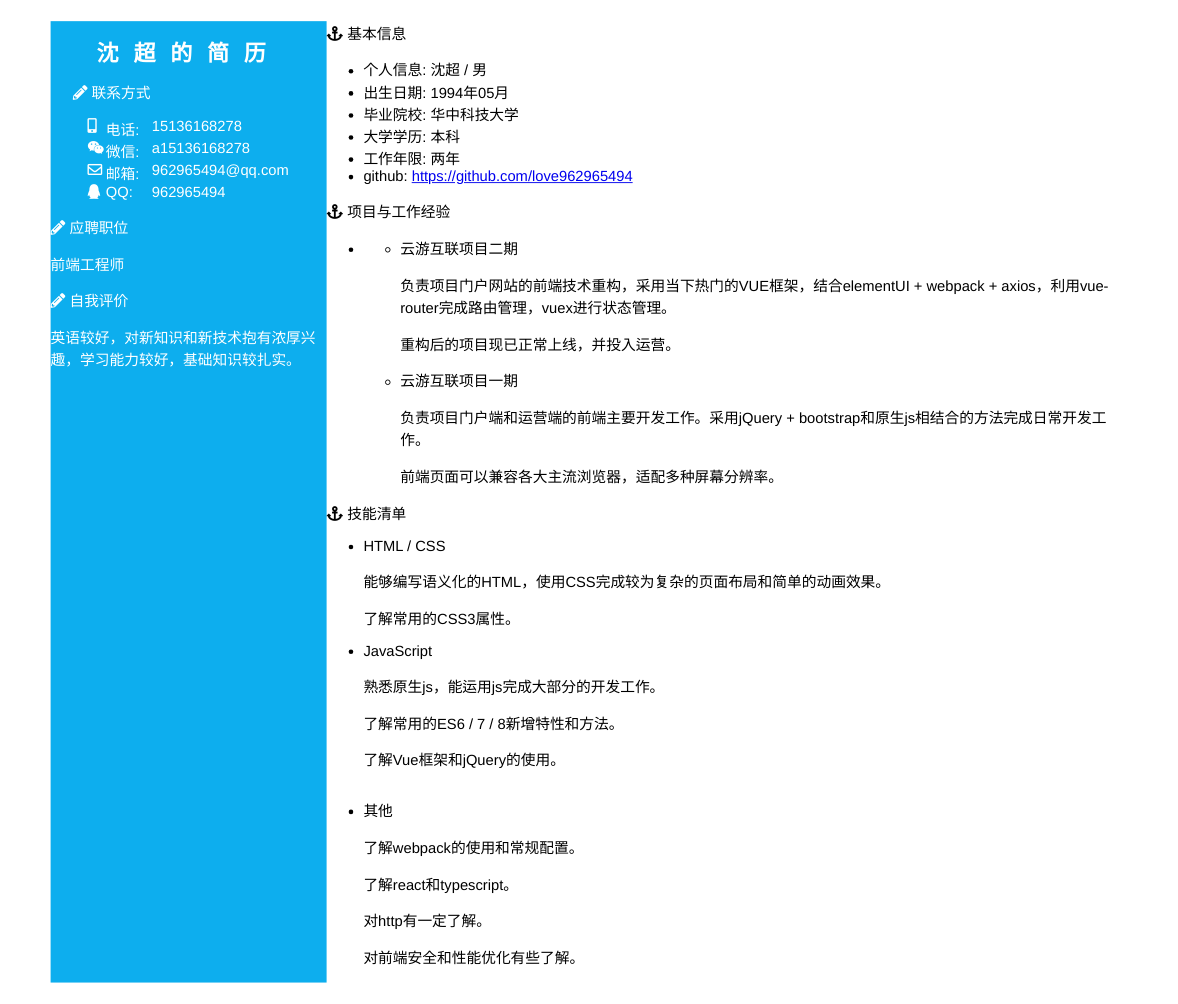
Repository: love962965494/my-resume
Page: index.html
The author's editor kept a copy of each file at every save. The page is drawn from the files as they stood at one save, then again after the next save.
The browser window is 1280 px wide. The pictures show the whole page, at 92% of full size.
Some web libraries are served in a nearby version. The style sheet was rebuilt from its Sass, Less or Tailwind sources for each picture, by a compiler version that may differ from the author's.

Above is the page before, as saved 2018-09-02 17:32:31.

### index.html
<!DOCTYPE html>
<html lang="en">

<head>
  <meta charset="UTF-8">
  <meta name="viewport" content="width=device-width, initial-scale=1.0">
  <meta http-equiv="X-UA-Compatible" content="ie=edge">
  <title>沈超的简历</title>
  <link rel="stylesheet" href="https://use.fontawesome.com/releases/v5.0.10/css/all.css" integrity="sha384-+d0P83n9kaQMCwj8F4RJB66tzIwOKmrdb46+porD/OvrJ+37WqIM7UoBtwHO6Nlg"
    crossorigin="anonymous">
  <link rel="stylesheet" href="./styles/myResume.css">
</head>

<body>
  <div id="container" class="container">
    <!-- 左边栏 -->
    <aside class="content__left">
      <!-- 头像区域 -->
      <div class="content__left--title">
        <h1>沈超的简历</h1>
      </div>

      <!-- 联系方式区域 -->
      <div class="content__left--contact">
        <div class="title">
          <i class="fas fa-pencil-alt"></i>
          <span>联系方式</span>
        </div>
        <ul class="list">
          <li>
            <span>
              <i class="fas fa-mobile-alt"></i>
            </span>
            <span>电话:</span>
            <span>15136168278</span>
          </li>
          <li>
            <span>
              <i class="fab fa-weixin"></i>
            </span>
            <span>微信:</span>
            <span>a15136168278</span>
          </li>
          <li>
            <span>
              <i class="far fa-envelope"></i>
            </span>
            <span>邮箱:</span>
            <span>962965494@qq.com</span>
          </li>
          <li>
            <span>
              <i class="fab fa-qq"></i>
            </span>
            <span>QQ:</span>
            <span>962965494</span>
          </li>
        </ul>
      </div>

      <!-- 应聘职位区域 -->
      <div class="content__left--application">
        <span class="title">
          <i class="fas fa-pencil-alt"></i>
          <span>应聘职位</span>
        </span>
        <p class="application-job">前端工程师</p>
      </div>

      <!-- 个人评价区域 -->
      <div class="content__left--evaluation">
        <span class="title">
          <i class="fas fa-pencil-alt"></i>
          <span>自我评价</span>
        </span>
        <p class="self-evaluate">英语较好，对新知识和新技术抱有浓厚兴趣，学习能力较好，基础知识较扎实。</p>
      </div>
    </aside>

    <!-- 右边栏 -->
    <div class="content__right">
      <!-- 基本信息 -->
      <div class="basic-info info">
        <div class="header">
          <i class="fas fa-anchor"></i>
          <span>基本信息</span>
        </div>
        <div class="content">
          <ul>
            <li>
              <span>个人信息:</span>
              <span>沈超&nbsp;/&nbsp;男</span>
            </li>
            <li>
              <span>出生日期:</span>
              <span>1994年05月</span>
            </li>
            <li>
              <span>毕业院校:</span>
              <span>华中科技大学</span>
            </li>
            <li>
              <span>大学学历:</span>
              <span>本科</span>
            </li>
            <li>
              <span>工作年限:</span>
              <span>两年</span>
            </li>
            <li>
              <span>github:</span>
              <span><a href="https://github.com/love962965494" target="_blank">https://github.com/love962965494</a></span>
            </li>
          </ul>
        </div>
      </div>

      <!-- 项目经验 -->
      <div class="experience-info info">
        <div class="header">
          <i class="fas fa-anchor"></i>
          <span>项目与工作经验</span>
        </div>
        <div class="content">
          <ul>
            <li>
              <div class="company-info"></div>
              <ul class="work-experience-list">
                <li>
                  <div class="work-name circle">云游互联项目二期</div>
                  <div class="work-info">
                    <p>负责项目门户网站的前端技术重构，采用当下热门的VUE框架，结合elementUI + webpack + axios，利用vue-router完成路由管理，vuex进行状态管理。</p>
                    <p>重构后的项目现已正常上线，并投入运营。</p>
                  </div>
                  <div class="work-picture"></div>
                </li>
                <li style="padding-top: 0">
                  <div class="work-name circle">云游互联项目一期</div>
                  <div class="work-info">
                    <p>负责项目门户端和运营端的前端主要开发工作。采用jQuery + bootstrap和原生js相结合的方法完成日常开发工作。</p>
                    <p>前端页面可以兼容各大主流浏览器，适配多种屏幕分辨率。</p>
                  </div>
                  <div class="work-picture"></div>
                </li>
              </ul>
            </li>
            </li>
          </ul>
        </div>
      </div>

      <!-- 技能清单 -->
      <div class="skill-info info">
        <div class="header">
          <i class="fas fa-anchor"></i>
          <span>技能清单</span>
        </div>
        <div class="content">
          <ul class="skill-list">
            <li>
              <div class="skill-name circle">HTML / CSS</div>
              <div class="skill-info">
                <p>能够编写语义化的HTML，使用CSS完成较为复杂的页面布局和简单的动画效果。</p>
                <p>了解常用的CSS3属性。</p>
              </div>
            </li>
            <li>
              <div class="skill-name circle">JavaScript</div>
              <div class="skill-info">
                <p>熟悉原生js，能运用js完成大部分的开发工作。</p>
                <p>了解常用的ES6 / 7 / 8新增特性和方法。</p>
                <p>了解Vue框架和jQuery的使用。</p>
              </div>
            </li>
            <li style="border-top: 15px solid transparent;">
              <div class="skill-name circle">其他</div>
              <div class="skill-info">
                <p>了解webpack的使用和常规配置。</p>
                <p>了解react和typescript。</p>
                <p>对http有一定了解。</p>
                <p>对前端安全和性能优化有些了解。</p>
              </div>
            </li>
          </ul>
        </div>
      </div>
    </div>
  </div>
</body>

</html>

### styles/myResume.scss
@mixin text-center {
  text-align: center;
}

@mixin row {
  grid-column: 1 / span 12;
}

@media (min-width: 992px) {
  .container {
    width: 970px;
  }
}

@media (min-width: 1200px) {
  .container {
    width: 1170px;
  }
}

.container {
  display: grid;
  grid-template-columns: minmax(200px, 300px) 1fr;
  padding: 15px;
  margin: auto;
  font-family: "Helvetica Neue",Helvetica,"PingFang SC","Hiragino Sans GB","Microsoft YaHei","微软雅黑",Arial,sans-serif;
}

.content__left {
  display: grid;
  grid-template-columns: repeat(12, 1fr);
  grid-template-rows: repeat(4, min-content);
  background-color: #0daeee;
  color: #fff;

  &--title {
    @include row;
    @include text-center;
    margin: 15px;

    & > h1 {
      margin: 0;
      white-space: nowrap;
      letter-spacing: 1rem;
    }
  }

  &--contact {
    @include row();

    & > .title {
      padding-left: 1.5rem;
    }

    & > .list {
      list-style: none;

      & > li {
        display: grid;
        grid-template-columns: 20px 50px 1fr;
      }
    }
  }

  &--application {
    @include row();
  }

  &--evaluation {
    @include row();
  }
}

After the next save:
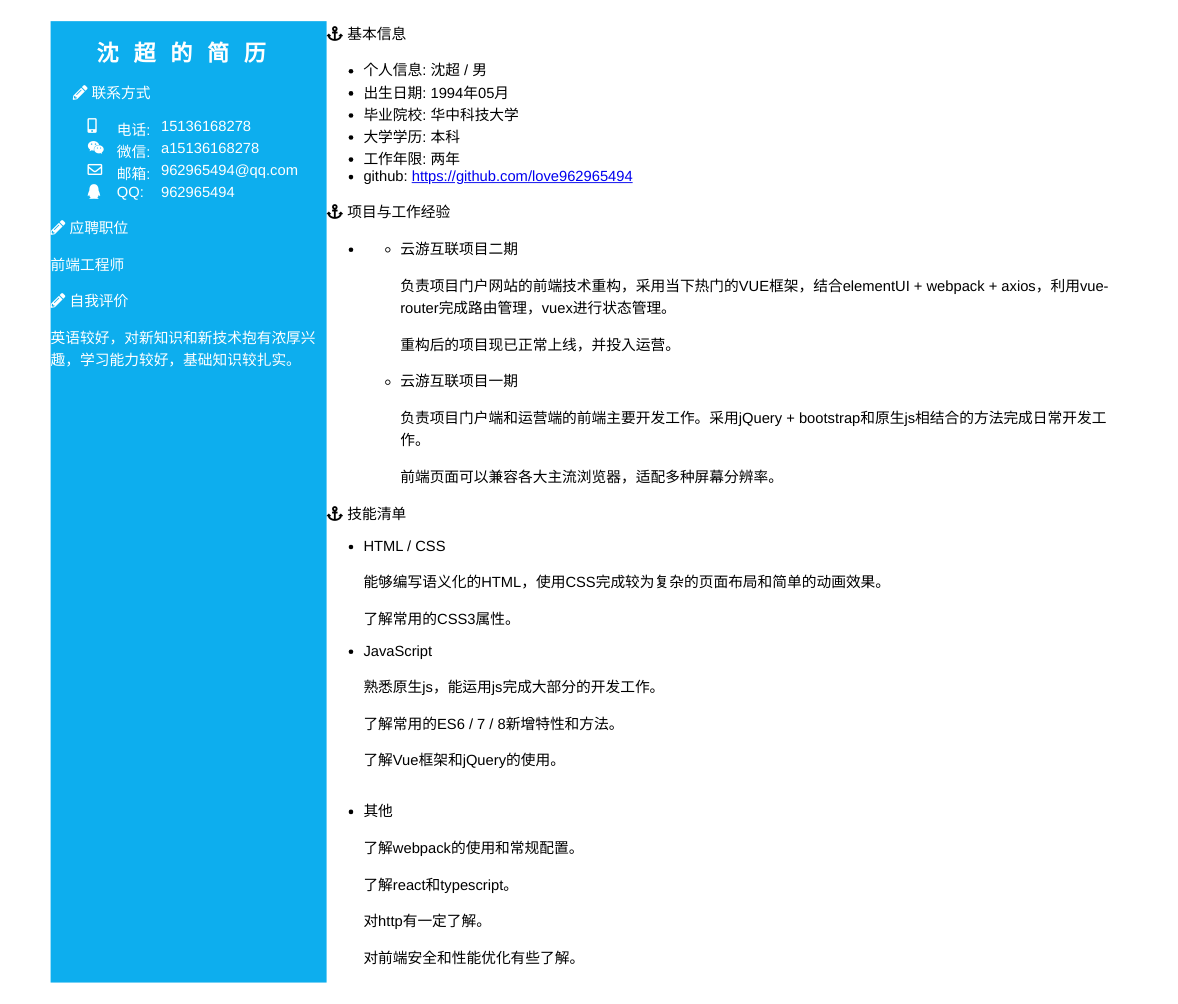
Saved 34 s later.
--- a/styles/myResume.scss
+++ b/styles/myResume.scss
@@ -57,7 +57,8 @@
 
       & > li {
         display: grid;
-        grid-template-columns: 20px 50px 1fr;
+        grid-template-columns: 2rem 3rem 1fr;
+        justify-content: center;
       }
     }
   }
